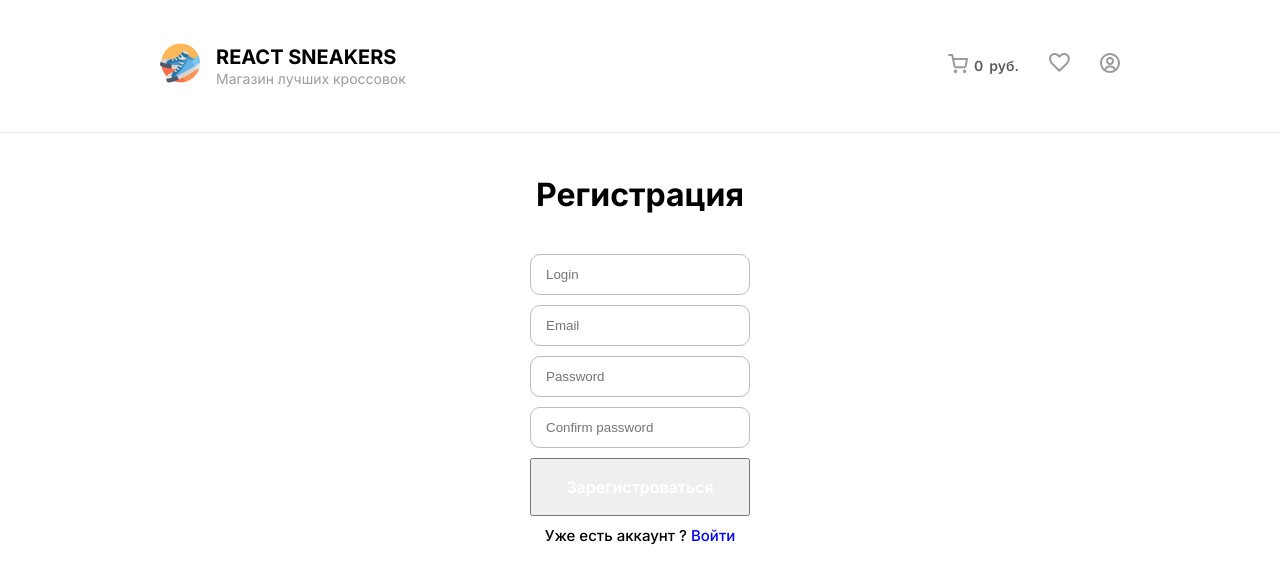
Repository: maxbirimkulov/sneakers20
Page: src/pages/register.html
These files come from the project's save history. The page is drawn as it stood at one moment and after the next save; the edit follows.
The browser window is 1280 px wide. The pictures show the whole page.
The style sheet was rebuilt from its Sass, Less or Tailwind sources for each picture, by a compiler version that may differ from the author's.

Above is the page before, as saved 2022-11-12 20:55:08.

### src/pages/register.html
<!DOCTYPE html>
<html lang="en">
  <head>
    <meta charset="UTF-8" />
    <meta
      name="viewport"
      content="width=device-width, user-scalable=no, initial-scale=1.0, maximum-scale=1.0, minimum-scale=1.0"
    />
    <meta http-equiv="X-UA-Compatible" content="ie=edge" />
    <title>Document</title>
    <link rel="stylesheet" href="../css/style.css" />
  </head>
  <body>
    <div class="floor">
      <header class="header">
        <div class="container">
          <nav class="header__nav">
            <div class="header__logo">
              <img
                src="../images/mainLogo.png"
                alt="Logo"
                class="header__logo-img"
              />
              <div class="header__logo-text">
                <h1 class="header__logo-title">
                  <a href="../../index.html" class="header__logo-title-link"
                    >react sneakers</a
                  >
                </h1>
                <p class="header__logo-subtitle">
                  <a href="../../index.html" class="header__logo-subtitle"
                    >Магазин лучших кроссовок</a
                  >
                </p>
              </div>
            </div>
            <div class="header__links">
              <p class="header__links-basket">
                <span class="header__links-basket-logo"
                  ><svg
                    width="20"
                    height="20"
                    viewBox="0 0 20 20"
                    fill="none"
                    xmlns="http://www.w3.org/2000/svg"
                  >
                    <path
                      d="M7.54548 18.1818C7.99735 18.1818 8.36366 17.8155 8.36366 17.3636C8.36366 16.9118 7.99735 16.5455 7.54548 16.5455C7.09361 16.5455 6.72729 16.9118 6.72729 17.3636C6.72729 17.8155 7.09361 18.1818 7.54548 18.1818Z"
                      stroke="#9B9B9B"
                      stroke-width="2"
                      stroke-linecap="round"
                      stroke-linejoin="round"
                    />
                    <path
                      d="M16.5455 18.1818C16.9973 18.1818 17.3637 17.8155 17.3637 17.3636C17.3637 16.9118 16.9973 16.5455 16.5455 16.5455C16.0936 16.5455 15.7273 16.9118 15.7273 17.3636C15.7273 17.8155 16.0936 18.1818 16.5455 18.1818Z"
                      stroke="#9B9B9B"
                      stroke-width="2"
                      stroke-linecap="round"
                      stroke-linejoin="round"
                    />
                    <path
                      d="M1 1H4.27273L6.46545 11.9555C6.54027 12.3321 6.7452 12.6705 7.04436 12.9113C7.34351 13.1522 7.71784 13.2801 8.10182 13.2727H16.0545C16.4385 13.2801 16.8129 13.1522 17.112 12.9113C17.4112 12.6705 17.6161 12.3321 17.6909 11.9555L19 5.09091H5.09091"
                      stroke="#9B9B9B"
                      stroke-width="2"
                      stroke-linecap="round"
                      stroke-linejoin="round"
                    />
                  </svg>
                </span>
                <span class="total">0</span> руб.
              </p>
              <a href="./favorites.html" class="header__links-favorites"
                ><span class="header__links-favorites-logo"
                  ><svg
                    width="21"
                    height="19"
                    viewBox="0 0 21 19"
                    fill="none"
                    xmlns="http://www.w3.org/2000/svg"
                  >
                    <path
                      d="M15.1003 0C16.7293 0 18.0976 0.54932 19.2052 1.64796C20.3129 2.7466 20.8668 4.08759 20.8668 5.67092C20.8668 6.44643 20.7039 7.23002 20.3781 8.02169C20.0523 8.81335 19.6939 9.51616 19.303 10.1301C18.912 10.744 18.2523 11.5357 17.3238 12.5051C16.3953 13.4745 15.6134 14.2581 14.9781 14.8559C14.3428 15.4537 13.3248 16.3665 11.9239 17.5944L10.4089 18.9515L8.89403 17.6429C7.52572 16.3827 6.51577 15.4537 5.8642 14.8559C5.21262 14.2581 4.42258 13.4745 3.49408 12.5051C2.56559 11.5357 1.90586 10.744 1.51492 10.1301C1.12397 9.51616 0.773748 8.81335 0.464249 8.02169C0.15475 7.23002 0 6.44643 0 5.67092C0 4.08759 0.553841 2.7466 1.66152 1.64796C2.7692 0.54932 4.12123 0 5.71759 0C7.60717 0 9.17095 0.727041 10.4089 2.18112C11.6469 0.727041 13.2107 0 15.1003 0ZM10.5067 16.0918C12.1031 14.6701 13.2677 13.6118 14.0008 12.9171C14.7338 12.2224 15.5401 11.3903 16.4198 10.4209C17.2994 9.45153 17.9102 8.60332 18.2523 7.87628C18.5944 7.14924 18.7654 6.41412 18.7654 5.67092C18.7654 4.63691 18.4152 3.78061 17.7148 3.10204C17.0143 2.42347 16.1428 2.08418 15.1003 2.08418C14.3184 2.08418 13.5772 2.31037 12.8768 2.76276C12.1764 3.21514 11.6795 3.79677 11.3863 4.50765H9.43158C9.17095 3.79677 8.69041 3.21514 7.98997 2.76276C7.28952 2.31037 6.53206 2.08418 5.71759 2.08418C4.67507 2.08418 3.81173 2.42347 3.12757 3.10204C2.44342 3.78061 2.10134 4.63691 2.10134 5.67092C2.10134 6.41412 2.26423 7.14924 2.59002 7.87628C2.91581 8.60332 3.52666 9.45153 4.42258 10.4209C5.3185 11.3903 6.13297 12.2224 6.866 12.9171C7.59902 13.6118 8.74743 14.6701 10.3112 16.0918L10.4089 16.1888L10.5067 16.0918Z"
                      fill="#9B9B9B"
                    />
                  </svg> </span
              ></a>
              <a href="./register.html" class="header__links-user"
                ><span class="header__links-user-logo"
                  ><svg
                    width="20"
                    height="20"
                    viewBox="0 0 20 20"
                    fill="none"
                    xmlns="http://www.w3.org/2000/svg"
                  >
                    <path
                      fill-rule="evenodd"
                      clip-rule="evenodd"
                      d="M0 10C0 4.579 4.579 0 10 0C15.421 0 20 4.579 20 10C20 13.19 18.408 16.078 16 17.924V18H15.898C14.23 19.245 12.187 20 10 20C7.813 20 5.77 19.245 4.102 18H4V17.924C1.592 16.078 0 13.189 0 10ZM7.12347 15.236C6.59154 15.6639 6.22136 16.2604 6.074 16.927C7.242 17.604 8.584 18 10 18C11.416 18 12.758 17.604 13.926 16.927C13.7785 16.2605 13.4082 15.6641 12.8764 15.2362C12.3445 14.8083 11.6827 14.5744 11 14.573H9C8.3173 14.5742 7.6554 14.808 7.12347 15.236ZM13.7677 13.4117C14.5877 13.9574 15.2286 14.7329 15.61 15.641C17.077 14.182 18 12.176 18 10C18 5.663 14.337 2 10 2C5.663 2 2 5.663 2 10C2 12.176 2.923 14.182 4.39 15.641C4.77144 14.7329 5.41227 13.9574 6.23227 13.4117C7.05227 12.866 8.01501 12.5742 9 12.573H11C11.985 12.5742 12.9477 12.866 13.7677 13.4117ZM6 8C6 5.72 7.72 4 10 4C12.28 4 14 5.72 14 8C14 10.28 12.28 12 10 12C7.72 12 6 10.28 6 8ZM8 8C8 9.178 8.822 10 10 10C11.178 10 12 9.178 12 8C12 6.822 11.178 6 10 6C8.822 6 8 6.822 8 8Z"
                      fill="#9B9B9B"
                    />
                  </svg> </span
              ></a>
            </div>
          </nav>
        </div>
      </header>
      <div class="container">
        <div class="register">
          <h2 class="register__title">Регистрация</h2>
          <form class="register__form">
            <input class="register__input" type="text" placeholder="Login" />
            <input class="register__input" type="email" placeholder="Email" />
            <input
              class="register__input"
              type="password"
              placeholder="Password"
            />
            <input
              class="register__input"
              type="password"
              placeholder="Confirm password"
            />
            <button type="submit" class="register__btn">
              Зарегистроваться
            </button>
            <span class="register__sign"
              >Уже есть аккаунт ? <a href="./login.html">Войти</a></span
            >
          </form>
        </div>
      </div>
    </div>
    <script type="module" src="../js/register.js"></script>
  </body>
</html>

### src/js/register.js
import {changeUser, getUserFromLocalStorage} from './user.js'

getUserFromLocalStorage()


let formRegister = document.querySelector('.register')
formRegister.addEventListener('submit', (e) =>{
    e.preventDefault()

    let userData = {
        login:e.target[0].value,
        email:e.target[1].value,
        password:e.target[2].value
    }

    fetch('http://localhost:8080/register', {
        method: "POST",
        headers: {
            'Content-Type':  'application/json'
        },
        body: JSON.stringify(userData)
    }).then((res) => res.json())
        .then((res) => {
            changeUser({
                ...res.user,
                token: res.accessToken
            })
        })
        .catch((err) => console.log(err))

})

### src/js/user.js



export let user = {
    login : "",
    email : ""
}

export const getUserFromLocalStorage = () => {
    if (localStorage.getItem('user') !== null){
        user = JSON.parse(localStorage.getItem('user'))
    }
}


export const changeUser = (data) => {
    user = {...data}
    localStorage.setItem('user', JSON.stringify(user))
    location.href = 'http://localhost:63342/new%20project/index.html'
}

### src/css/style.scss
@import url('https://fonts.googleapis.com/css2?family=DM+Sans:wght@700&family=Inter:wght@400;500;600;700&display=swap');

* {
  margin: 0;
  padding: 0;
  box-sizing: border-box;
  text-decoration: none;
  list-style-type: none;
  transition: 0.3s;
}
.container {
  max-width: 1050px;
  padding: 0 45px;
  margin: 0 auto;
}
$int: 'inter', sans-serif;

@mixin text($ff, $fs, $fw, $fz, $lh, $col) {
  font-family: $ff;
  font-style: $fs;
  font-weight: $fw;
  font-size: $fz;
  @if $lh > 0 {
    line-height: $lh;
  }
  color: $col;
}
body,
.floor {
  background-color: #fff;
}
@import '_header.scss';
@import '_main.scss';
@import '_assort.scss';
@import '_basketPopup.scss';
@import '_card.scss';
@import '_basket.scss';
@import '_favorites.scss';
@import '_basketNone.scss';
@import '_register';

### src/css/_header.scss
.header {
  padding: 43px 0 45px;
  &__nav {
    display: flex;
    justify-content: space-between;
    align-items: center;
  }
  &__logo {
    display: flex;
    &-img {
      width: 40px;
      height: 40px;
    }
    &-text {
      margin-left: 16px;
    }
    &-title {
      &-link {
        @include text($int, normal, 700px, 20px, 0, #000000);
        text-transform: uppercase;
      }
    }
    &-subtitle {
      @include text($int, normal, 400, 14px, 0, #9d9d9d);
    }
  }
  &__links {
    display: flex;
    &-basket {
      display: flex;
      gap: 6px;
      align-items: center;
      @include text($int, normal, 600, 14px, 0, #5c5c5c);
      margin-left: 10px;
      cursor: pointer;
    }
    &-favorites {
      margin: 0 30px;
    }
  }
  border-bottom: 1px solid #eaeaea;
}

### src/css/_main.scss
.swiper {
  width: 100%;
  height: 100%;
}

.swiper-slide {
  display: -webkit-box;
  display: -ms-flexbox;
  display: -webkit-flex;
  display: flex;
  -webkit-box-pack: center;
  -ms-flex-pack: center;
  -webkit-justify-content: center;
  justify-content: center;
  -webkit-box-align: center;
  -ms-flex-align: center;
  -webkit-align-items: center;
  align-items: center;
}

.swiper__icon{
  &-next{
    background-color: white;
    border-radius: 50%;
    cursor: pointer;
    position: absolute;
    right: 0;
    top: 50%;
    transform: translateY(-50%),;
    z-index: 2;
    padding: 8px 14px;
    display: flex;
    justify-content: center;
    align-items: center;
    transition: 0.2s;
    -webkit-box-shadow: 0px 0px 11px 5px rgba(0, 0, 0, 0.01);
    -moz-box-shadow: 0px 0px 11px 5px rgba(0, 0, 0, 0.01);
    box-shadow: 0px 0px 11px 5px rgba(0, 0, 0, 0.01);
    &:hover{
      transition: 0.2s;
      -webkit-box-shadow: 0px 0px 11px 5px rgba(0, 0, 0, 0.07);
      -moz-box-shadow: 0px 0px 11px 5px rgba(0, 0, 0, 0.07);
      box-shadow: 0px 0px 11px 5px rgba(0, 0, 0, 0.07);
    }
  }
  &-prev{
    background-color: white;
    border-radius: 50%;
    position: absolute;
    left: 0;
    top: 50%;
    cursor: pointer;
    transform:translateY(-50%) rotate(180deg);
    z-index: 2;
    padding: 8px 14px;
    display: flex;
    justify-content: center;
    align-items: center;
    transition: 0.2s;
    -webkit-box-shadow: 0px 0px 11px 5px rgba(0, 0, 0, 0.01);
    -moz-box-shadow: 0px 0px 11px 5px rgba(0, 0, 0, 0.01);
    box-shadow: 0px 0px 11px 5px rgba(0, 0, 0, 0.01);
    &:hover{
      transition: 0.2s;
      -webkit-box-shadow: 0px 0px 11px 5px rgba(0, 0, 0, 0.07);
      -moz-box-shadow: 0px 0px 11px 5px rgba(0, 0, 0, 0.07);
      box-shadow: 0px 0px 11px 5px rgba(0, 0, 0, 0.07);
    }
  }
}

.main{
  &__swipe{
    &-block{
      background-color: #F4EFE9;
      border-radius: 20px;
      max-height: 300px;
      display: flex;
      align-items: center;
      justify-content: space-between;
      width: 100%;
    }
    &-box{
      position: relative;
      padding: 16px 0 20px 51px;
      min-height: 300px;
      &-scn{
        margin: 0;
        padding: 0;
        max-width: 641.18px;
      }
      &-desc{
        @include text($int,normal,700,38px,46px,#8BB43C);
        margin: 32px 17.45px 10.45px 35px;
        &-black{
          color: black;
        }
      }
      &-btn{
        position: absolute;
        padding: 14px 60px;
        border-radius: 110px;
        @include text($int,normal,700px,16px, 0, white);
        text-transform: uppercase;
        background-color: #A5D364;
        bottom: 45px;
        left: 27%;
        transform: translate(-50%, -50);
        transition: 0.2s;
        &:hover{
          transition: 0.2s;
          transform: scale(1.1);
        }
      }
      &-img{
        width: 100%;
      }
    }
  }
}

### src/css/_assort.scss
.main__assort {
  &-topContent {
    display: flex;
    flex-wrap: wrap;
    justify-content: space-between;
    padding: 37px 0 36px;
    width: 100%;
  }
  &-filter {
    display: flex;
    justify-content: space-between;
    align-items: center;
    gap: 10px;
  }
  &-select {
    background: transparent;
    border: 1px solid #bdbdbd;
    border-radius: 8px;
    padding: 0 10px;
    height: 40px;
  }
  &-form {
    margin: 15px 0 0;
    display: flex;
    align-items: center;
    position: relative;
    &-input {
      border-radius: 10px;
      border: 1px solid #bdbdbd;
      outline: none;
      padding: 13px 40px 15px 46px;
      max-width: 250px;
      &::-webkit-input-placeholder {
        color: #c4c4c4;
      }
      &::-moz-placeholder {
        color: #c4c4c4;
      }
      &:-ms-input-placeholder {
        color: #c4c4c4;
      }
      &::-ms-input-placeholder {
        color: #c4c4c4;
      }
      &::placeholder {
        color: #c4c4c4;
      }
      &::-webkit-search-cancel-button {
        position: absolute;
        right: 18px;
        cursor: pointer;
        color: #5c5c5c;
      }
    }
    &-icon {
      position: absolute;
      left: 18px;
      top: 50%;
      transform: translateY(-50%);
    }
  }
  &-title {
    @include text($int, normal, 700, 32px, 0, black);
  }
  &-mainContent {
    min-height: 700px;
    position: relative;
    display: flex;
    justify-content: center;
    align-items: center;
    flex-wrap: wrap;
    gap: 40px;
    &-shoes {
      border: 1px solid #bdbdbd;
      border-radius: 40px;
      padding: 20px 29px 34px 30px;
      max-width: 210px;
    }
    &-favorites {
      display: inline-block;
      position: absolute;
      border: 1px solid #f8f8f8;
      border-radius: 7px;
      padding: 9.6px 9.07px 3.59px;
      cursor: pointer;
      &:hover {
        transform: scale(1.13);
        background-color: rgba(253, 239, 239, 0.87);
        transition: 0.2s;
      }
      &-active {
        display: none;
        position: absolute;
        background-color: #fef0f0;
        border: 1px solid transparent;
        border-radius: 7px;
        padding: 9.6px 9.07px 3.59px;
        cursor: pointer;
      }
    }
    &-product {
      &-desc {
        @include text($int, normal, 400, 14px, 17px, black);
      }
      &-pricesDesc {
        margin-top: 14px;
        display: flex;
        justify-content: space-between;
        align-items: center;
        &-price {
          @include text($int, normal, 500, 11px, 13px, #bdbdbd);
          text-transform: uppercase;
        }
        &-cost {
          @include text($int, normal, 700, 14px, 17px, black);
        }
        &-addBask {
          cursor: pointer;
          display: inline-block;
          padding: 5.33px 8.33px;
          border: 1px solid #f2f2f2;
          border-radius: 8px;
          transition: 0.2s;
          &:hover {
            transform: scale(1.13);
            background-color: rgba(253, 239, 239, 0.87);
            transition: 0.2s;
          }
          &-active {
            cursor: pointer;
            max-height: 32px;
            max-width: 32px;
            padding: 5.33px 8.33px;
            border: 1px solid white;
            border-radius: 8px;
            background: linear-gradient(180deg, #89f09c 0%, #3cc755 100%);
            transition: 0.2s;
            &:hover {
              transform: scale(1.13);
              transition: 0.2s;
            }
          }
        }
      }
    }
  }
}

### src/css/_basketPopup.scss
.basket {
  transform: translateX(100%);
  background: rgba(0, 00, 000, 0.4);
  height: 100vh;
  width: 100vw;
  z-index: 100;
  position: fixed;
  left: 0;
  top: 0;
  bottom: 0;
  &__cards {
    margin-top: 20px;
    max-height: 400px;
    overflow-y:  scroll;
    display: flex;
    gap: 20px;
    flex-wrap: wrap;
  }

  &__card {
    position: relative;  width: 100%;  height: 120px;  padding: 0 30px;    background: #FFFFFF;  border: 1px solid #F3F3F3;  border-radius: 20px;  &:hover {
    box-shadow: 0px 14px 30px 0px rgba(0, 0, 0, 0.05);  }
    &-img {
      position: absolute;    left: 20px;    top: 50%;    transform: translateY(-50%);    max-width: 80px;  }
    &__name {
      position: absolute;    width: 133px;    height: 36px;    overflow: hidden;    left: 120px;    top: 30px;    font-family: 'Inter', sans-serif;    font-style: normal;    font-weight: 400;    font-size: 14px;    line-height: 17px;    color: #000000;  }
    &__sum {
      position: absolute;    left: 120px;    bottom: 30px;    font-family: 'Inter', sans-serif;    font-style: normal;    font-weight: 700;    font-size: 14px;color: #000000;  }
    &__X {
      position: absolute;    right: 20px;    top: 50%;    transform: translateY(-50%);    max-width: 70px;    cursor: pointer;  }
  }
  &.show {
    transform: translateX(0%);
  }
  &__content {
    display: flex;
    flex-direction: column;
    justify-content: space-between;
    background: #fff;
    position: fixed;
    padding: 30px;
    height: 100vh;
    width: 385px;
    top: 0;
    right: 0;
  }
  &__title {
    @include text($int, normal, 700, 24px, 29px, #000000);
  }
  &__text {
    display: flex;
    justify-content: space-between;
    margin-bottom: 19px;
    &:last-of-type {
      margin-bottom: 24px;
    }
    &-desc {
      @include text($int, normal, 400, 16px, 19px, #000000);
    }
    &-sum {
      @include text($int, normal, 600, 16px, 19px, #000000);
    }
  }
  &__btn {
    @include text($int, normal, 600, 16px, 19px, #fff);
    padding: 12px 0;
    background: #9dd558;
    border-radius: 18px;
    border: 1px solid #9dd558;
    width: 100%;
  }
}

.name {
  font-size: 30px;
  color: red;
  text-align: center;
}

### src/css/_card.scss
.info {
  background: antiquewhite;
  padding: 40px 0;
  &__block {
    display: flex;
    flex-wrap: wrap;
    -moz-column-gap: 40px;
         column-gap: 40px;
    row-gap: 40px;
  }
  &__card {
    width: calc(25% - 30px);
    background: #ffffff;
    border: 1px solid #f3f3f3;
    border-radius: 40px;
    padding: 20px 40px;
    cursor: pointer;
    transition: 0.2s;
    &:hover {
      background: #ffffff;
      border: 1px solid #f8f8f8;
      box-shadow: 0 14px 30px rgba(0, 0, 0, 0.05);
      border-radius: 40px;
      transition: 0.2s;
      transform: scale(1.05);
    }
  }
  &__desc {
    @include text($int, normal, 400, 14px, 17px, #000);
    margin: 14px 0;
  }
  &__bottom {
    display: flex;
    justify-content: space-between;
  }
  &__sel {
    @include text($int, normal, 500, 11px, 13px, #bdbdbd);
    text-transform: uppercase;
  }
  &__sum {
    @include text($int, normal, 700, 14px, 17px, #000);
  }
}

### src/css/_basket.scss
.basket__main{
  &-topContent{
    padding: 42px 0 40px;
    &-nav{
      display: flex;
      align-items: center;
      gap: 21px;
    }
    &-title{
      @include text($int, normal, 700, 32px, 0, black)
    }
    &-link{
      padding: 8px 14px;
      max-width: 35px;
      max-height: 35px;
      display: flex;
      justify-content: center;
      align-items: center;
      border: 1px solid #F2F2F2;
      border-radius: 8px;
    }
  }
  &-mainContent{
    &-assort{
      display: flex;
      flex-wrap: wrap;
      gap: 40px;
    }
  }
}

### src/css/_favorites.scss
.main__assort-mainContent-favorites{
  &-off{
    display: none;
  }
  &-on{
    display: inline-block;
  }
}

### src/css/_basketNone.scss
.basketNone__main {
  display: flex;
  justify-content: center;
  align-items: center;
  padding: 240px 0;
  &-none {
    display: flex;
    flex-wrap: wrap;
    justify-content: center;
    align-items: center;
    max-width: 280px;
    &-text{
      text-align: center;
    }
    &-title {
      margin-top: 24px;
      text-align: center;
      @include text($int, normal, 600, 24px, 0, black);
    }

    &-desc {
      text-align: center;
      margin: 11px 0 41px;
      @include text($int, normal, 400, 16px, 24px, black);
    }

    &-link {
      padding: 17px 40px 19px;
      background-color: #9DD458;
      border-radius: 18px;
      @include text($int, normal, 400, 16px, 0, white);

      &-icon {
        margin-right: 17px;

      }
    }
  }
}

### src/css/_register.scss
.register {
  &__title {
    @include text($int, normal, 700, 32px, 0, black);
    margin: 42px auto 40px;
    text-align: center;
  }
  &__form {
    margin: 0 auto;
    display: flex;
    flex-direction: column;
    justify-content: center;
    max-width: 220px;
    gap: 10px;
    text-align: center;
  }
  &__input {
    padding: 12px 15px;
    border-radius: 10px;
    border: 1px solid #bdbdbd;
  }
  &__btn {
    @include text($int, normal, 600, 16px, 0, #fff);
    padding: 17px;
  }
  &__sign {
    @include text($int, normal, 500, 15px, 0, black);
  }
}

After the next save:
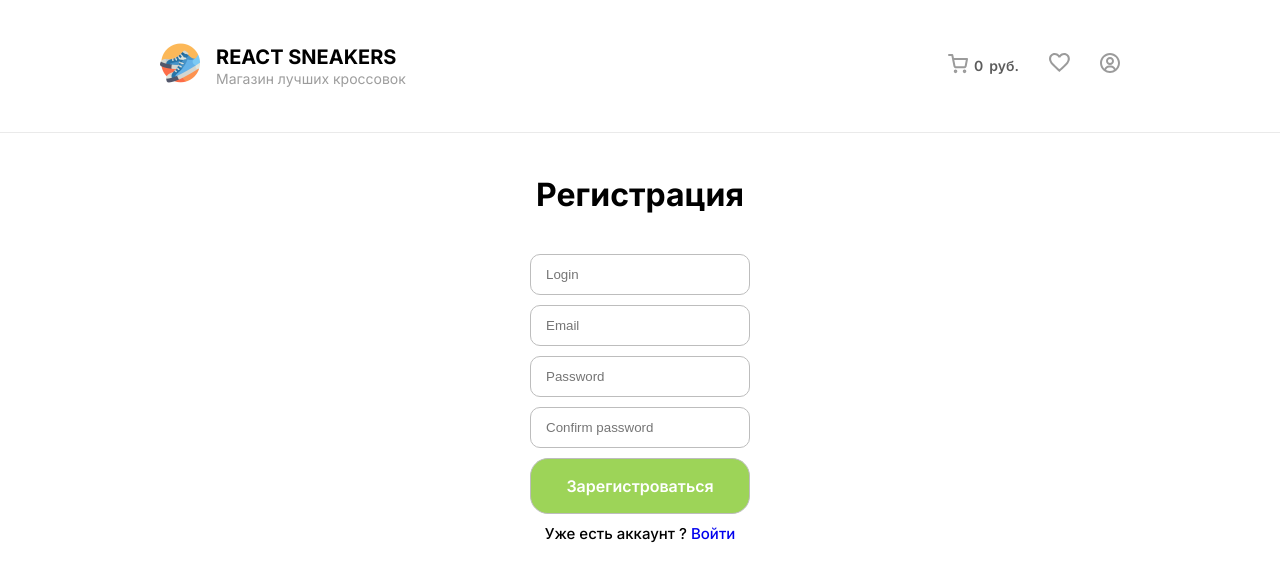
Saved 37 s later.
--- a/src/css/_register.scss
+++ b/src/css/_register.scss
@@ -21,6 +21,9 @@
   &__btn {
     @include text($int, normal, 600, 16px, 0, #fff);
     padding: 17px;
+    border-radius: 18px;
+    border: 1px solid #bdbdbd;
+    background-color: #9dd458;
   }
   &__sign {
     @include text($int, normal, 500, 15px, 0, black);
